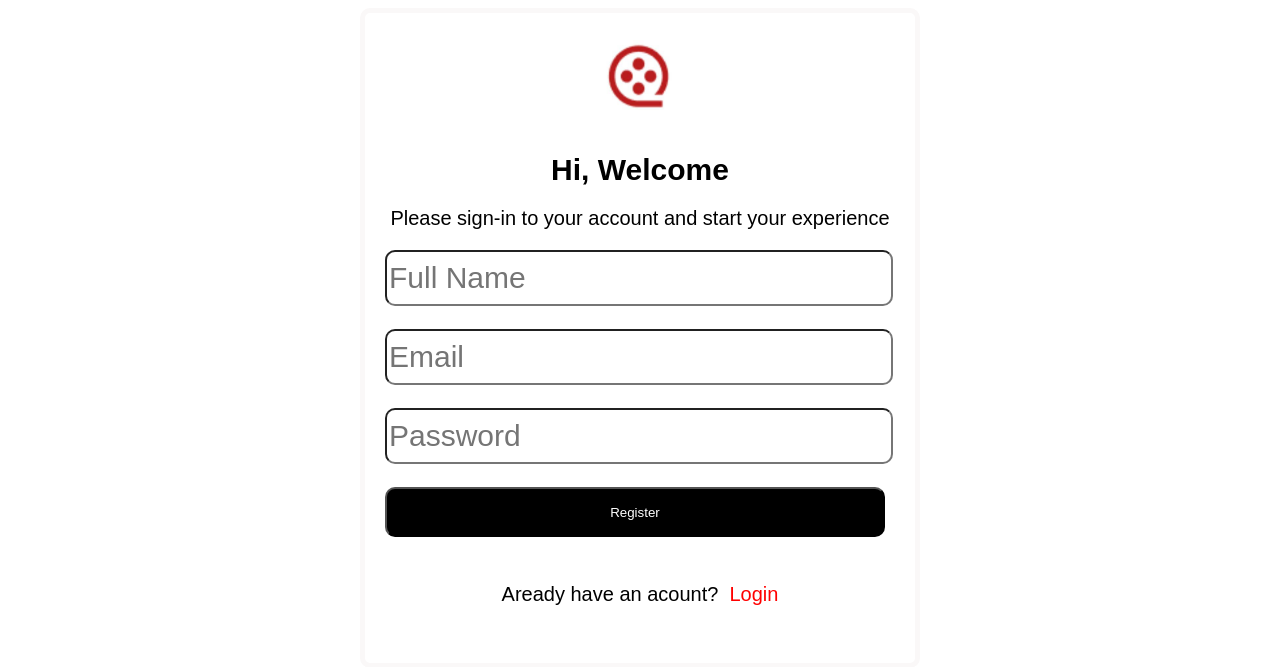
Repository: KingBoyMaylow/movie-task
Page: index.html
These files come from the project's save history. The page is drawn as it stood at one moment and after a run of saves; the edit follows.
The browser window is 1280 px wide. The pictures show the whole page.

Above is the page before, as saved 2024-05-20 23:51:28.

### index.html
<!DOCTYPE html>
<html>
<head>
    <link rel="stylesheet" href="script.css">
  <title>Free Movies</title>
</head>
<body>
    <div class="firstdiv">
        <img src="WhatsApp Image 2024-05-20 at 13.51.03_2167d28e.jpg" alt="div">
        <h1>Hi, Welcome</h1>
  <h3>Please sign-in to your account and start your experience</h3>

  <form action="signup.php" method="post">

    <label form="<div class="form-group"">
      <label for=""></label>
      <input type="Full Name" class="form-control" name="Full Name" id="full Name" placeholder="Full Name">
    <br>

    <br><label form="<div class=">
      <label for=""></label>
      <input type="email" class="form-control" name="email" id="email" placeholder="Email">
    <br>

    <br><label form="<div class="form-group">
      <label for=""></label>
      <input type="password" class="form-control" name="" id="password" placeholder="Password">
    <br>

    <br><a href="http://127.0.0.1:5500/home-side.html"></a><input type="submit" value="Register" class="register-btn">
  <br>

    <br><br><span>Aready have an acount? &nbsp; <a href="http://127.0.0.1:5500/2index.html">Login</a></span>
</div>
</body>
</html>

### script.css
body{
    font: 1em sans-serif;
    font-size: 20px;
    font-weight: 100px;
    display: flex;
    flex-direction: column;
    flex-wrap: wrap;
    justify-content: center;
    align-items: center;
}
h3{
    font-size: 20px;
    font-weight: normal;
    text-align: center;
}

.form-control{
    height: 50px;
    width: 500px;
    border-radius: 10px;
    font-size: 30px;
    margin-left: 20px;
}
h1{
    margin-left: 50px;
    text-align: center;
    font-size: 30px;
    margin-right: 50px;
}
img{
    width: 150px;
    display: block;
    margin: auto;
    height: 120px;
}
.firstdiv{
    border: 5px solid rgb(250, 248, 248);
    border-radius: 10px;
    width: 550px;
    height: 650px;

}
.register-btn{
    width: 500px;
    background-color: black;
    color: white;
    height: 50px;
    border-radius: 10px;
    margin-left: 20px;
}

span a {
    color: red;
    text-decoration: none;
}

.div2{
    border: 5px solid rgb(250, 248, 248);
    border-radius: 10px;
    width: 550px;
    height: 600px;

}
span{
    display: flex;
    justify-content: center;
    align-items: center;
}

After the next 2 saves:
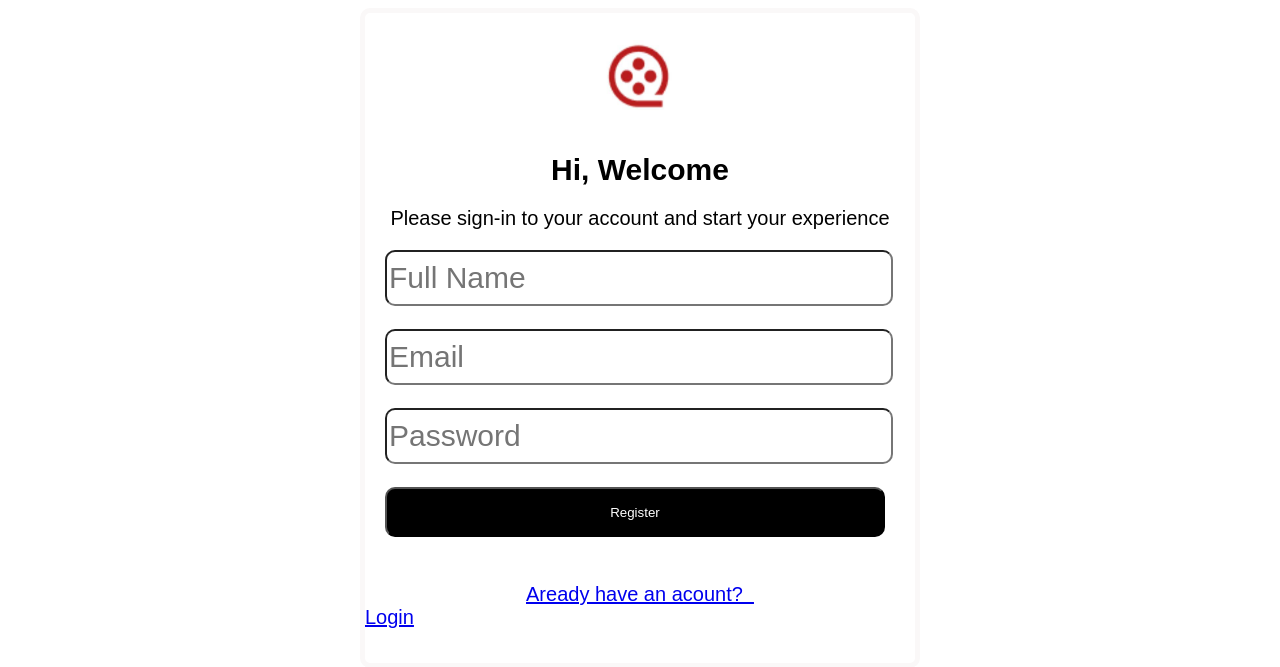
The 2 saves are shown as one change because they came seconds apart.
The last was saved 8 s later.
--- a/index.html
+++ b/index.html
@@ -27,7 +27,7 @@
       <input type="password" class="form-control" name="" id="password" placeholder="Password">
     <br>
 
-    <br><a href="http://127.0.0.1:5500/home-side.html"></a><input type="submit" value="Register" class="register-btn">
+    <br><a href="http://127.0.0.1:5500/home-side.html"><input type="submit" value="Register" class="register-btn">
   <br>
 
     <br><br><span>Aready have an acount? &nbsp; <a href="http://127.0.0.1:5500/2index.html">Login</a></span>

After the 2 saves that followed:
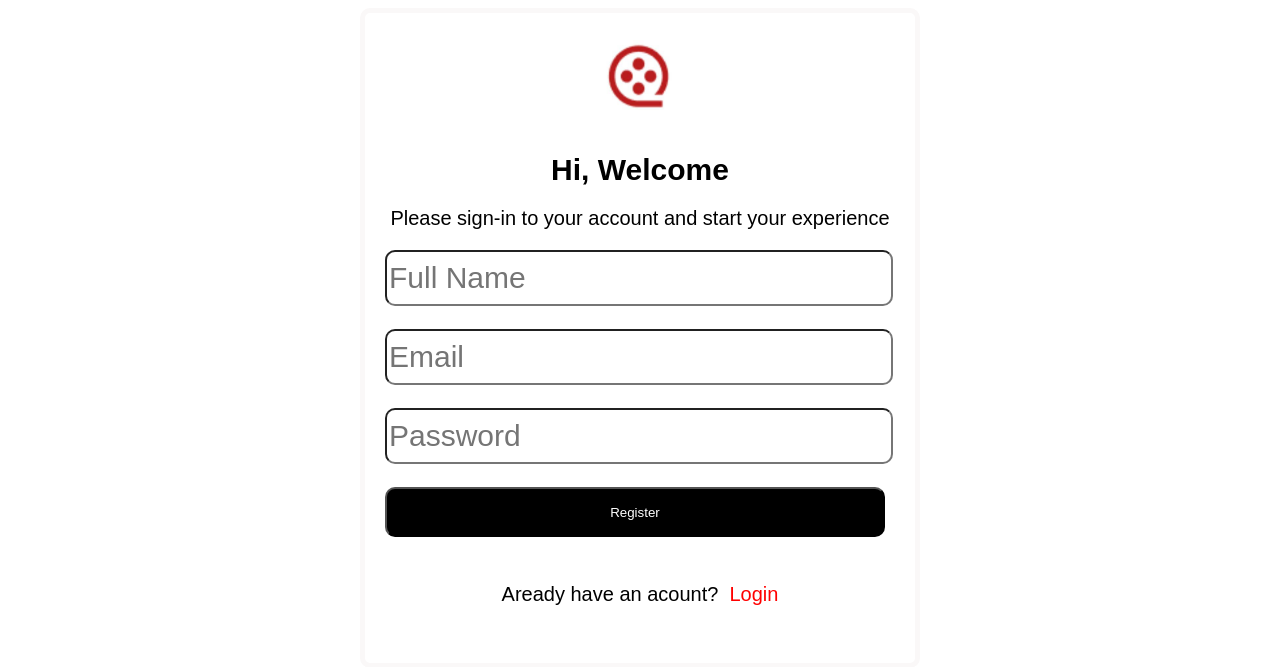
The 2 saves are shown as one change because they came seconds apart.
The last was saved 12 s later.
--- a/index.html
+++ b/index.html
@@ -27,7 +27,7 @@
       <input type="password" class="form-control" name="" id="password" placeholder="Password">
     <br>
 
-    <br><a href="http://127.0.0.1:5500/home-side.html"><input type="submit" value="Register" class="register-btn">
+    <br><a href="http://127.0.0.1:5500/home-side.html"><input type="submit" value="Register" class="register-btn"></a>
   <br>
 
     <br><br><span>Aready have an acount? &nbsp; <a href="http://127.0.0.1:5500/2index.html">Login</a></span>
